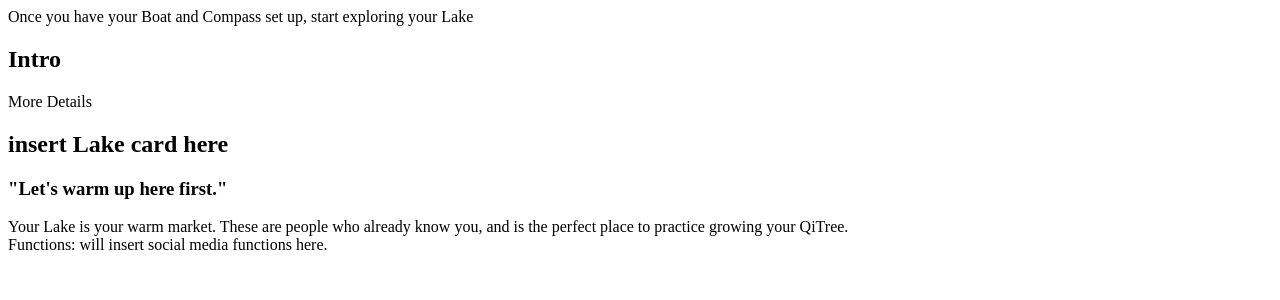
Repository: DevZubair/ionic-test
Page: www/templates/lake.html
The author's editor kept a record of every edit. The page is drawn from the files as they stood at one moment, then again after the next edit.
The browser window is 1280 px wide. The pictures show the whole page.

Above is the page before.

After the next edit:
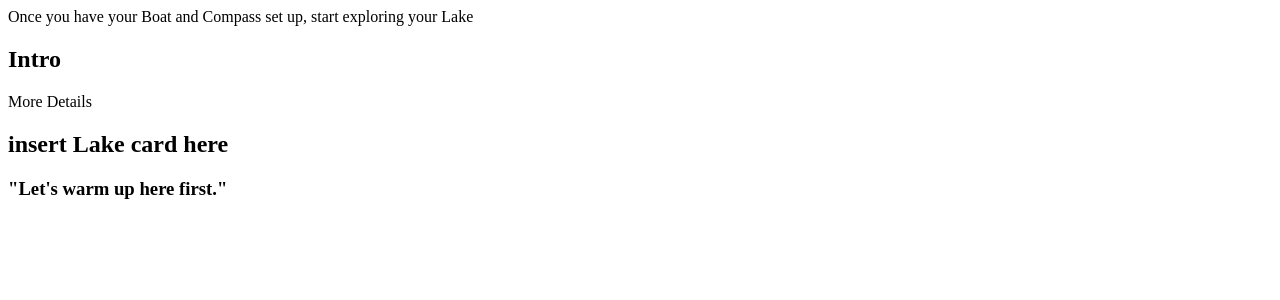
The edit:
--- a/www/templates/lake.html
+++ b/www/templates/lake.html
@@ -14,7 +14,6 @@
 
     <h2>insert Lake card here</h2>
     <h3>"Let's warm up here first."</h3>
-    <div> Your Lake is your warm market.  These are people who already know you, and is the perfect place to practice growing your QiTree. </div>
-    <div> Functions: will insert social media functions here. </div>
+
   </ion-content>
 </ion-view>
